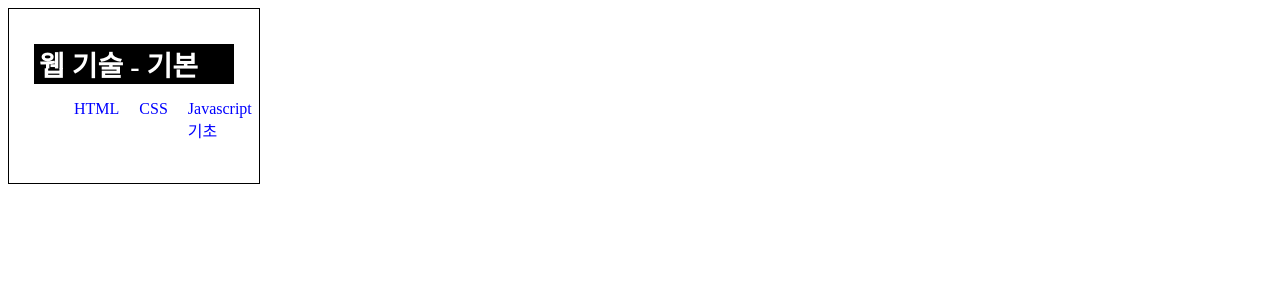
Repository: dudadab/Hhyundaiezwel_Academy
Page: CSS01/src/main/webapp/test1.html
An editor plug-in stored every save of this project. The page is shown before and after the next save, followed by the edit.
The browser window is 1280 px wide. The pictures show the whole page.

Above is the page before, as saved 2025-07-02 06:42:34.

After the next save:
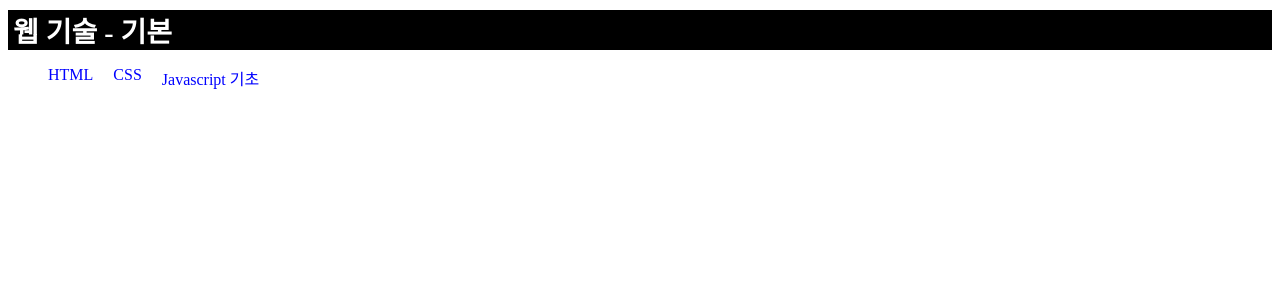
Saved 66 s later.
--- a/CSS01/src/main/webapp/test1.html
+++ b/CSS01/src/main/webapp/test1.html
@@ -4,11 +4,6 @@
 <meta charset="UTF-8">
 <title>Insert title here</title>
 	<style type="text/css">
-		.box {
-    		border:solid 1px #000;
-    		padding:25px;
-    		width:200px;
-    	}
     	.box h1 {
     		background-color:black;
     		color:white;
@@ -24,7 +19,6 @@
 
     	}
 
-
 	</style>
 </head>
 <body>
